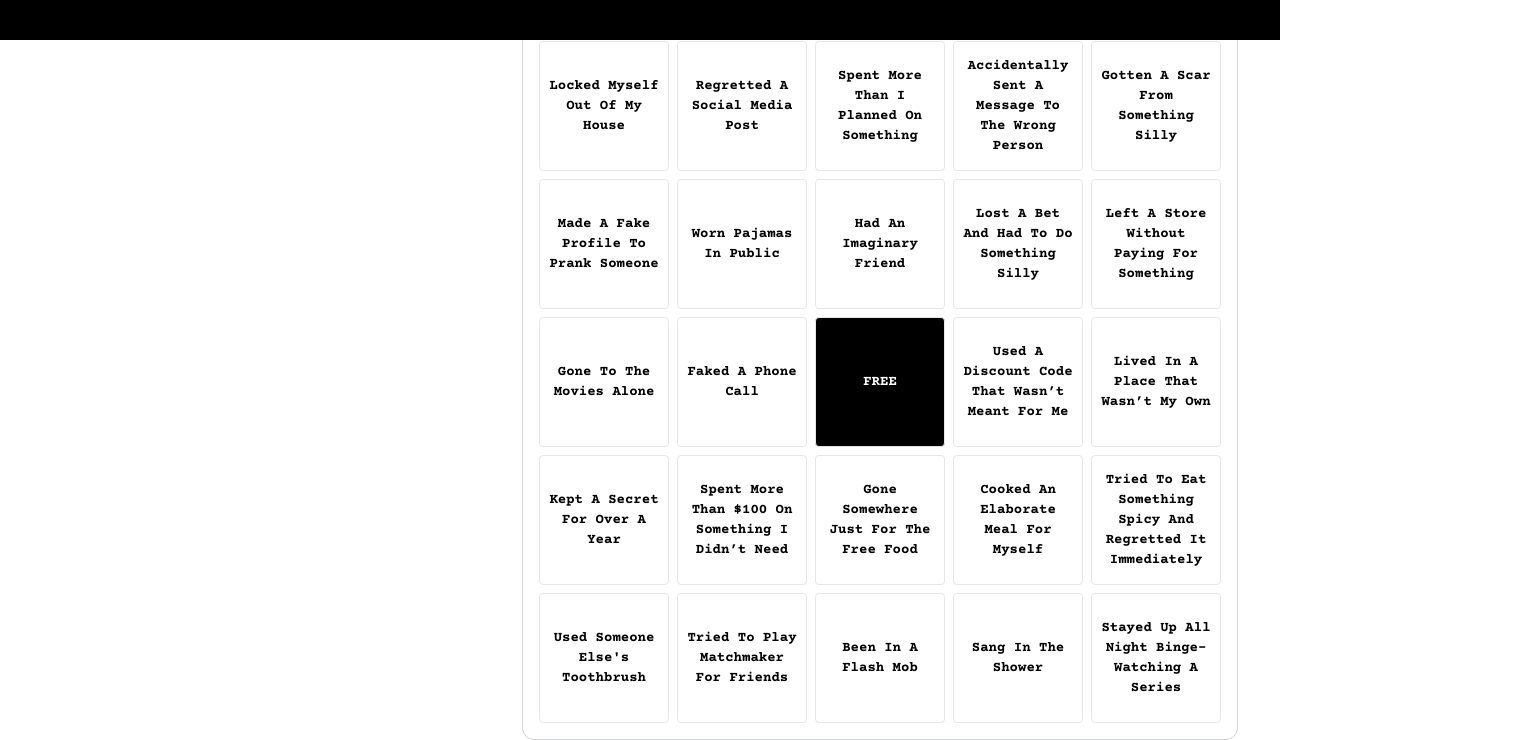
Repository: Jeysmeister/sensoryminds-bingo
Page: /
An editor plug-in stored every save of this project. The page is shown before and after the next save, followed by the edit.
The browser window is 1280 px wide. The page is 1520 px wide, then 1280 px, so the pictures cover 1520 px, including what lies to the right of the window. The pictures show the whole page.
The project was rebuilt for these pictures with package versions that can differ from the ones it lists, and the page was loaded fresh each time. The framework's server and built-in components were replaced by stand-ins that run in the browser. Also part of the build but not shown: next.config.ts.

Above is the page before, as saved 2024-11-12 17:36:52.

### app/layout.tsx
import type { Metadata } from "next";
import { Courier_Prime } from "next/font/google";
import "./globals.css";
import Header from "./components/Header";

export const metadata: Metadata = {
  title: "Never have I BINGO",
  description: "Sensory Minds Front-End Coding Challenge",
};

const courier = Courier_Prime({
  subsets: ["latin"],
  weight: ["400", "700"],
});

export default function RootLayout({
  children,
}: Readonly<{
  children: React.ReactNode;
}>) {
  return (
    <html lang="en">
      <body className={`${courier.className} antialiased`}>
        <Header />
        <div className="max-w-[800px] mx-auto">{children}</div>
      </body>
    </html>
  );
}

### app/page.tsx
import { neverHaveIEverQuestions } from "@/data/questions";
import BingoCard from "./components/BingoCard";

export default function Home() {
  const getRandomQuestions = (count: number) => {
    const shuffled = [...neverHaveIEverQuestions].sort(() => 0.5 - Math.random());
    return shuffled.slice(0, count);
  };
  const questions = getRandomQuestions(24);
  return (
    <div className="w-screen h-screen flex justify-center items-center">
      <BingoCard questions={questions} />
    </div>
  );
}

### app/components/Header.tsx
const Header = () => {
  return <div className="h-10 bg-black absolute top-0 w-screen"></div>;
};

export default Header;

### data/questions.ts
export const neverHaveIEverQuestions = [
  "laughed so hard I snorted",
  "eaten a whole pizza by myself",
  "stayed up all night binge-watching a series",
  "danced in the rain",
  "tried to learn another language just to impress someone",
  "accidentally texted the wrong person",
  "pretended to know a celebrity",
  "had a nightmare about work or school",
  "played a prank on a teacher or boss",
  "gone skinny dipping",
  "gotten lost in an amusement park",
  "been on a blind date",
  "pretended to be on a cooking show while making food",
  "locked myself out of my house",
  "forgotten an important anniversary or birthday",
  "tried a weird food combination that I ended up loving",
  "cried during a movie",
  "played a video game all night",
  "forgotten someone's name right after meeting them",
  "laughed at a joke I didn't get",
  "sung karaoke in public",
  "cried at a wedding",
  "been the last one awake at a sleepover",
  "tried to start a fire without matches or a lighter",
  "accidentally sent a message to the wrong person",
  "made up an excuse to get out of a date",
  "accidentally walked into the wrong restroom",
  "gotten a tattoo I regretted",
  "pretended to like a gift I didn't like",
  "been on a roller coaster",
  "cried during a song",
  "fainted in public",
  "had my phone fall in water",
  "pretended to be sick to skip school or work",
  "done a backflip",
  "lied to my best friend",
  "been scared of clowns",
  "cried at a concert",
  "sang in the shower",
  "had a crush on a teacher",
  "broken a bone",
  "eaten food that was still frozen",
  "gotten stitches",
  "driven a car",
  "ridden a motorcycle",
  "been to a haunted house",
  "been on TV",
  "been afraid of the dark",
  "been stuck in an elevator",
  "lost my wallet",
  "cooked an elaborate meal for myself",
  "accidentally broken a friend's item and didn't tell them",
  "regretted a social media post",
  "missed a flight",
  "forgotten my passport while traveling",
  "made a mess and left it for someone else to clean",
  "skipped school or work for a road trip",
  "written a poem for someone",
  "fallen asleep on public transportation and missed my stop",
  "said 'you too' when a cashier said 'enjoy your meal'",
  "been told I look like a celebrity",
  "stayed up all night talking to someone",
  "gone to a costume party as myself",
  "bought something just for the packaging",
  "tried to do the splits",
  "put something back on the shelf after deciding not to buy it",
  "worn pajamas in public",
  "ordered an item of food just to take a picture of it",
  "walked into a glass door",
  "gone somewhere just for the free food",
  "tried a dance move from a music video",
  "lost something important and found it years later",
  "kept a plant alive for over a year",
  "given a fake name at a coffee shop",
  "forgotten where I parked my car",
  "forgotten my own phone number",
  "sent a text while angry that I regretted later",
  "watched an entire series in a single day",
  "had a song stuck in my head for days",
  "missed an important event because I overslept",
  "gotten sunburned so badly I peeled",
  "tried to ice skate and fallen",
  "been in a flash mob",
  "left a comment on a stranger's social media",
  "gone to the movies alone",
  "pretended to understand something I didn't",
  "stolen something small from a hotel",
  "broken a bone and not realized it immediately",
  "sent an email without proofreading it first",
  "taken a personality quiz online",
  "signed up for something I didn't want just for a freebie",
  "gotten a scar from something silly",
  "apologized to an object after bumping into it",
  "lost track of time while browsing the internet",
  "taken a selfie with a pet",
  "stayed in pajamas all day",
  "been seasick",
  "seen a ghost",
  "tried to play matchmaker for friends",
  "pretended I knew the words to a song",
  "kept a secret for over a year",
  "ate something weird just to prove I could",
  "looked up my own name on the internet",
  "changed my hairstyle on a whim",
  "put salt in coffee or tea by accident",
  "eaten a whole cake by myself",
  "watched a movie and fell asleep halfway through",
  "had an imaginary friend",
  "been to a concert",
  "eaten food that was past its expiration date",
  "accidentally called someone by the wrong name",
  "broken something expensive and blamed it on someone else",
  "spent more than $100 on something I didn’t need",
  "used someone else's toothbrush",
  "tried to eat something spicy and regretted it immediately",
  "posted something embarrassing online",
  "tried to flirt and failed miserably",
  "lied about my age",
  "been on a dating app",
  "used a fake ID",
  "faked being sick to avoid something",
  "lived in a place that wasn’t my own",
  "kept something from my childhood",
  "had a pet that wasn’t a dog or cat",
  "faked a phone call",
  "ate something because it was trendy",
  "thought I was going to die at some point",
  "slept through an alarm",
  "danced in front of a mirror",
  "sang in front of a mirror",
  "had a food fight",
  "tried to become friends with someone just because they were popular",
  "stalked someone on social media",
  "tried to break up with someone but didn’t",
  "had a crush on a fictional character",
  "joined a group just to get discounts",
  "told someone a secret and regretted it",
  "ate something I didn’t like to be polite",
  "cheated on a test",
  "used a burner phone",
  "felt awkward in a social setting",
  "kept a childhood toy",
  "threw a surprise party for someone",
  "accidentally walked into a room full of people while I was on a video call",
  "joined a club to meet new people",
  "went on a blind date",
  "helped a friend cheat on an exam",
  "had a weird pet",
  "forgotten to charge my phone",
  "called in sick to work when I wasn’t",
  "been caught stealing something",
  "tried to take a shortcut that ended up being longer",
  "left a store without paying for something",
  "made a fake profile to prank someone",
  "kept a really embarrassing thing secret from my family",
  "met someone famous",
  "slept through an important meeting",
  "had a crush on a teacher",
  "sang in public",
  "had a bad haircut and didn’t tell anyone",
  "used a dating app without success",
  "snuck into a movie",
  "made a prank phone call",
  "used someone’s Netflix account without permission",
  "went on a vacation alone",
  "used a discount code that wasn’t meant for me",
  "accidentally wore mismatched socks",
  "tried a weird life hack that didn’t work",
  "got scammed online",
  "eaten an entire chocolate bar in one sitting",
  "seen something creepy and didn’t tell anyone",
  "been told to be quiet in a library",
  "been to a theme park with friends",
  "gotten in trouble for something I didn’t do",
  "had a fashion disaster",
  "was a picky eater when I was younger",
  "accidentally liked an old photo on social media",
  "wore sunglasses inside",
  "stayed up late for no reason",
  "had an awkward family gathering",
  "been called out in a public place",
  "tried to impress someone and failed",
  "lost a bet and had to do something silly",
  "said something inappropriate in front of my parents",
  "been to a concert of a band I didn’t like",
  "laughed during a serious moment",
  "tried to sell something I didn’t need",
  "talked to someone only to realize I had met them before",
  "tried to skip a line and got caught",
  "ate food that was not prepared by me",
  "tried to fix something and made it worse",
  "was shocked by something that turned out to be a prank",
  "pretended to be asleep when someone walked in",
  "had a crush on someone for a long time without telling them",
  "spent too much money on coffee",
  "missed a major event because I overslept",
  "sent a message to the wrong person by accident",
  "accidentally made an embarrassing sound in public",
  "looked up how to do something but still couldn’t",
  "tried to impress someone with a talent I didn’t have",
  "tried a food that sounded good but tasted bad",
  "was caught talking to myself in public",
  "made a mess and didn’t clean it up",
  "was caught eavesdropping on a conversation",
  "spent more than I planned on something",
  "told someone I was busy when I wasn’t",
  "went somewhere just for the food",
  "tried to act cool but failed",
  "lost something and then found it in a place I looked earlier",
  "spent an entire day in my pajamas",
  "tried a DIY project and it turned out horrible",
  "pretended to be an expert at something",
  "laughed at a joke I didn’t understand",
  "accidentally sent a text with a typo to my boss",
  "talked to someone for a while only to realize they weren’t who I thought",
  "tried to speak another language and failed",
  "got caught in a lie",
  "accidentally said something inappropriate",
  "pretended to know how to drive but didn’t",
  "lost my phone and found it in the last place I looked",
  "ate something and immediately regretted it",
  "been surprised by a surprise party",
  "sung a song in the car like it was a concert",
  "pretended to be sick to avoid work",
  "had a pet that I wasn’t responsible for",
  "been on a reality TV show",
  "eaten a whole bag of chips in one sitting",
  "watched something on Netflix that was totally embarrassing",
  "forgotten to reply to a message for a week",
  "gotten lost and found my way by asking for directions",
  "been embarrassed by my own joke",
  "told a bad joke that no one laughed at",
  "forgotten my own birthday",
  "failed a simple task",
  "been caught stealing something small",
  "spied on someone without their knowledge",
  "drank coffee at midnight",
  "accidentally sent a selfie to the wrong person",
  "made a huge mistake at work",
  "accidentally dyed my hair a weird color",
  "acted like I knew something but didn’t",
  "forgotten where I put my phone",
  "told a fib that backfired",
  "shared a secret that wasn’t mine to share",
];

### app/components/BingoCard.tsx
"use client";

import { possibleWins } from "@/data/possibleWins";
import { useEffect, useState } from "react";
import BingoItem from "./BingoItem";
import { motion } from "framer-motion";

const container = {
  hidden: { opacity: 1, scale: 0 },
  visible: {
    opacity: 1,
    scale: 1,
    transition: {
      delayChildren: 0.3,
      staggerChildren: 0.2,
    },
  },
};

const child = {
  hidden: { y: 20, opacity: 0 },
  visible: {
    y: 0,
    opacity: 1,
  },
};

const BingoCard = ({ questions }: { questions: string[] }) => {
  const [marked, setMarked] = useState<number[]>([12]);
  const grid = [...questions.slice(0, 12), "FREE", ...questions.slice(12)];
  const checkForWin = (markedBoxes: number[]) => {
    return possibleWins.some((combination) => combination.every((index) => markedBoxes.includes(index)));
  };
  useEffect(() => {
    console.log(marked);
    const win = checkForWin(marked);
    if (win) {
      console.log("WINNER");
    }
  }, [marked]);

  return (
    <motion.div variants={container} initial="hidden" animate="visible" className="border border-gray-300 p-4 pt-0 rounded-xl">
      <div className="flex w-full justify-center items-center py-4 text-xl font-extrabold">NEVER HAVE I BINGO</div>
      <div className="max-w-[800px] max-h-[800px] grid grid-cols-5 gap-2">
        {grid.map((item, index) => (
          <motion.div variants={child}>
            <BingoItem key={index} index={index} item={item} marked={marked} setMarked={setMarked} />
          </motion.div>
        ))}
      </div>
    </motion.div>
  );
};

export default BingoCard;

### data/possibleWins.ts
export const possibleWins = [
  // Rows
  [0, 1, 2, 3, 4], // Row 1
  [5, 6, 7, 8, 9], // Row 2
  [10, 11, 12, 13, 14], // Row 3
  [15, 16, 17, 18, 19], // Row 4
  [20, 21, 22, 23, 24], // Row 5

  // Columns
  [0, 5, 10, 15, 20], // Column 1
  [1, 6, 11, 16, 21], // Column 2
  [2, 7, 12, 17, 22], // Column 3
  [3, 8, 13, 18, 23], // Column 4
  [4, 9, 14, 19, 24], // Column 5

  // Diagonals
  [0, 6, 12, 18, 24], // Diagonal 1
  [4, 8, 12, 16, 20], // Diagonal 2
];

### app/components/BingoItem.tsx
"use client";

import { useState } from "react";
import { motion } from "framer-motion";

const BingoItem = ({ index, item, marked, setMarked }: { index: number; item: string; marked: number[]; setMarked: (value: number[]) => void }) => {
  const [active, setActive] = useState(item === "FREE" ? true : false);
  const handleClick = (index: number) => {
    if (item !== "FREE") {
      const newActive = !active;
      if (newActive) {
        setActive(newActive);
        setMarked([...marked, index]);
      } else {
        setActive(newActive);
        const indexOfItem = marked.indexOf(index);
        setMarked([...marked.splice(0, indexOfItem), ...marked.splice(indexOfItem)]);
      }
    }
  };
  return (
    <motion.div
      initial={{ backgroundColor: "#ffffff" }}
      animate={{
        backgroundColor: active ? "#000000" : "#ffffff",
      }}
      transition={{ duration: 0.5 }}
      key={index}
      className={`relative flex items-center justify-center p-2 h-[130px] w-[130px] border border-gray-200 rounded ${active ? "bg-black text-white" : "bg-white text-black"}`}
      onClick={() => handleClick(index)}
    >
      <p className="text-center text-sm font-extrabold capitalize">{item}</p>
    </motion.div>
  );
};

export default BingoItem;

Loaded but not shown: app/globals.css (common file); tailwind.config.ts (common file)

After the next save:
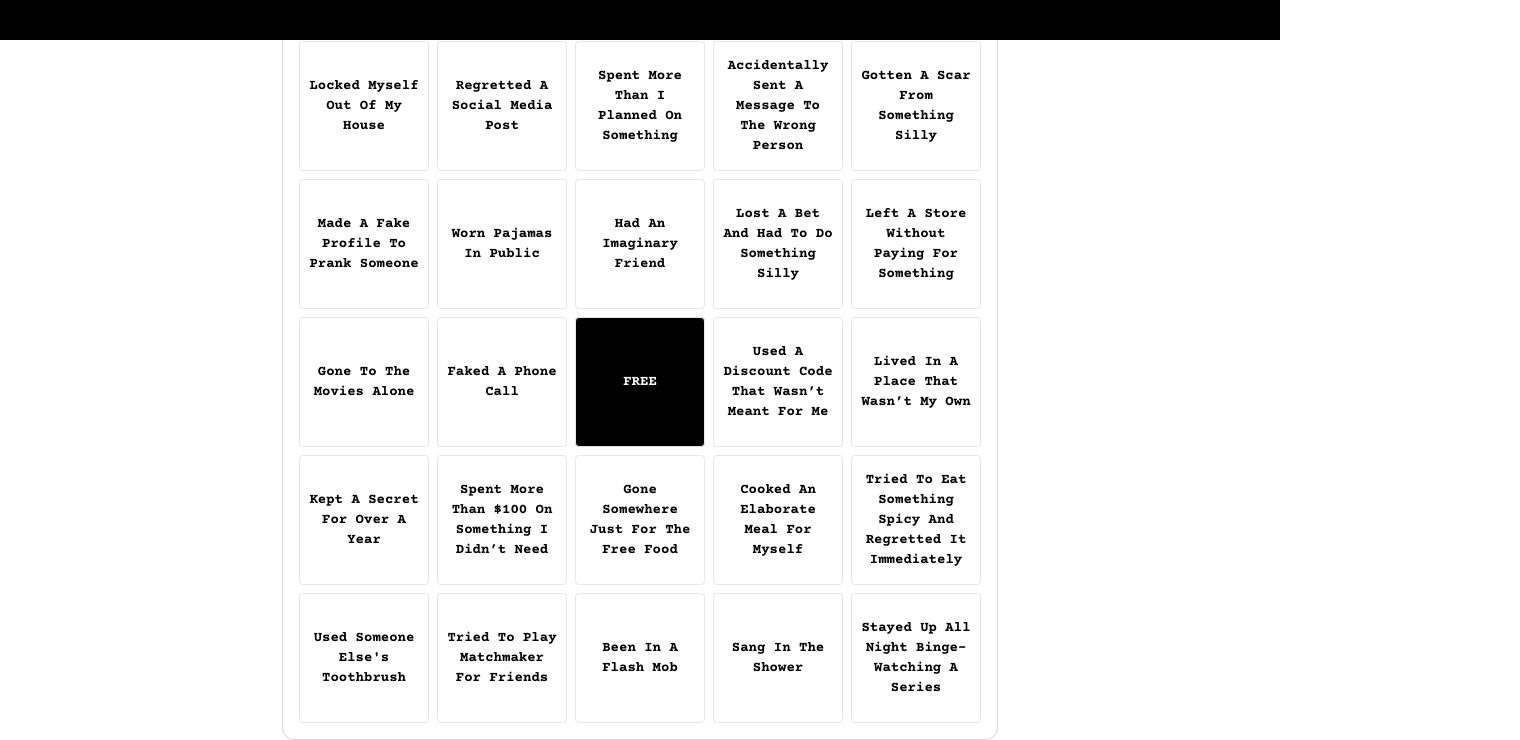
Saved 30 s later.
--- a/app/layout.tsx
+++ b/app/layout.tsx
@@ -22,7 +22,7 @@ export default function RootLayout({
     <html lang="en">
       <body className={`${courier.className} antialiased`}>
         <Header />
-        <div className="max-w-[800px] mx-auto">{children}</div>
+        {children}
       </body>
     </html>
   );
